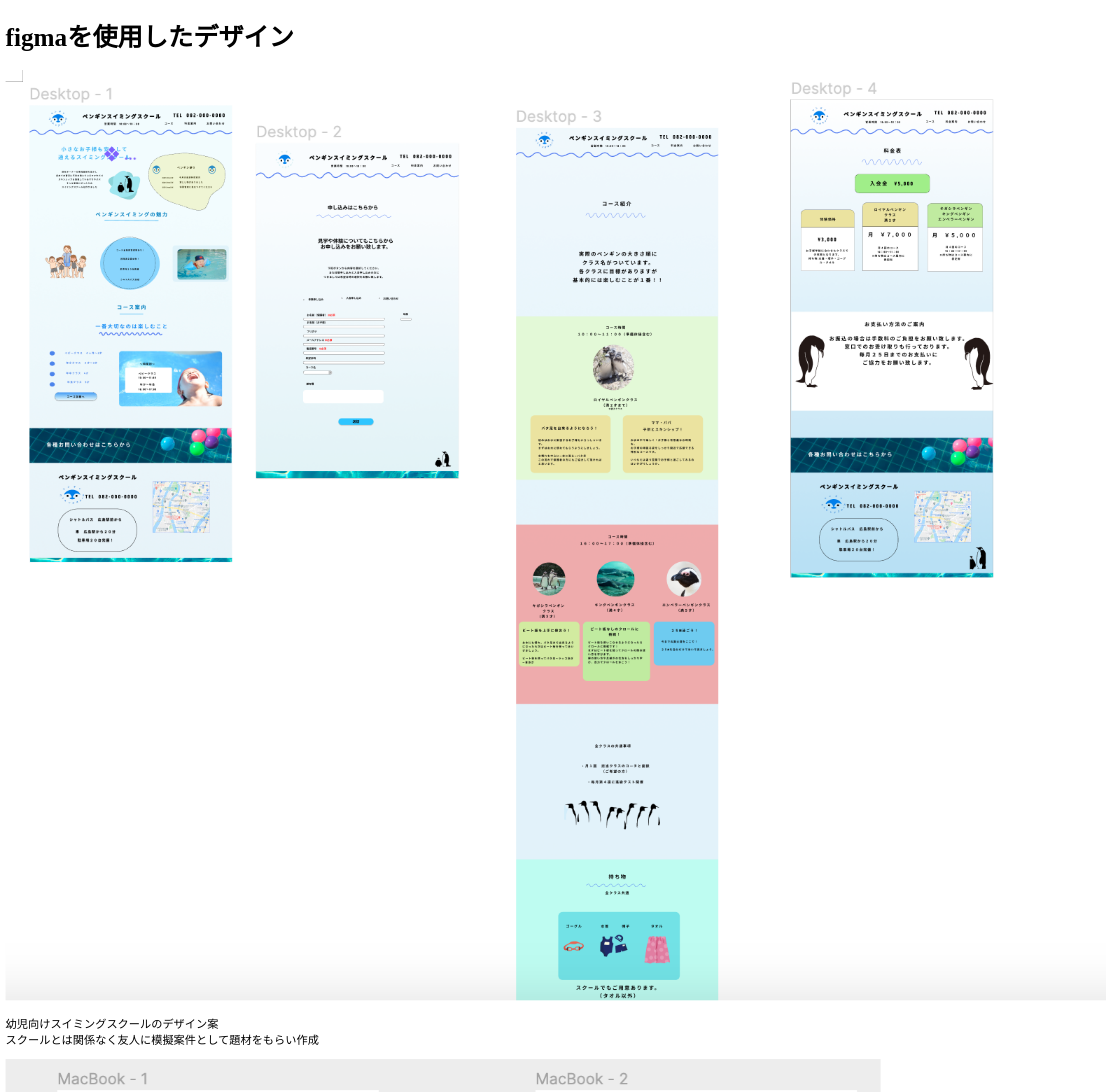
Repository: oninopantsu/onomann
Page: figma.html
An editor plug-in stored every save of this project. The page is shown before and after the next save, followed by the edit.
The browser window is 1280 px wide. The page is 1580 px wide, then 1280 px, so the pictures cover 1580 px, including what lies to the right of the window. The pictures show the part of the page from y = 0 to 1560 px (the page is 2647 px tall before and 720 px after), at 70% of full size.

Above is the page before, as saved 2021-08-17 12:15:55.

### figma.html
<!DOCTYPE html>
<html lang="en">
<head>
  <meta charset="UTF-8">
  <meta http-equiv="X-UA-Compatible" content="IE=edge">
  <meta name="viewport" content="width=device-width, initial-scale=1.0">
  <link rel="stylesheet" href="figma/styles.css">
  <title>figmaを使用したデザイン</title>
</head>
<body>

</body>
</html>


<h1>figmaを使用したデザイン</h1>

<a href="https://www.figma.com/file/XY01fwkQDAkL8OazeEc67t/Untitled?node-id=0%3A1"><img src="img/スイミングスクールデザイン.png" alt=""></a>
<p>幼児向けスイミングスクールのデザイン案
  <br>スクールとは関係なく友人に模擬案件として題材をもらい作成
</p>

<a href="https://www.figma.com/file/KXfvIzwfq0REqEZ7dxTu8g/cafe-mona-p?node-id=0%3A1"><img src="img/カフェサイトデザイン.png" alt=""></a>
<p>スクール課題で作成
  <br>30代女性/健康志向が高くオーガニック食品を使用したカフェのデザイン
</p>

### figma/styles.css
h1 {
  font-size: 36px;
}

img {
  width: ;
}

After the next save:
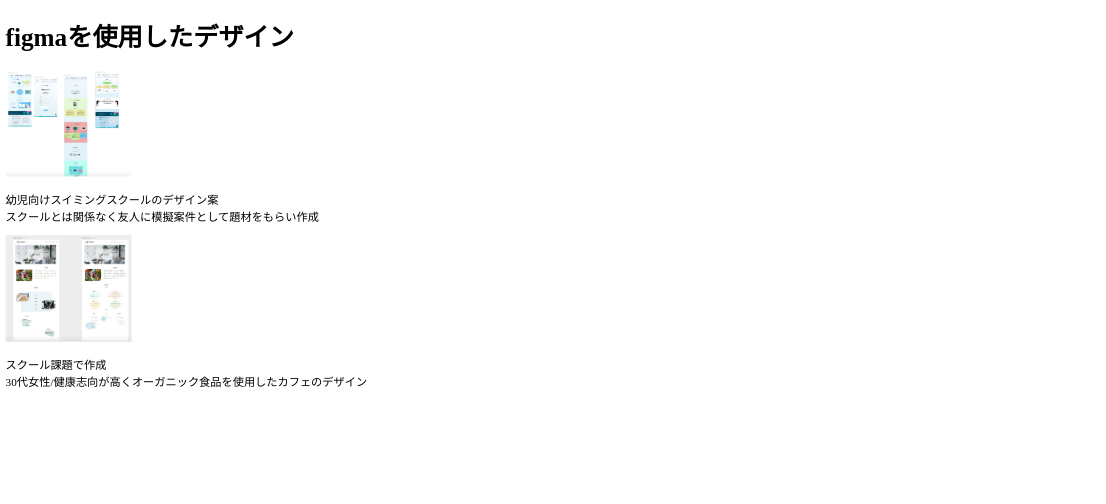
Saved 5 s later.
--- a/figma/styles.css
+++ b/figma/styles.css
@@ -3,5 +3,5 @@
 }
 
 img {
-  width: ;
+  width: 180px;
 }
